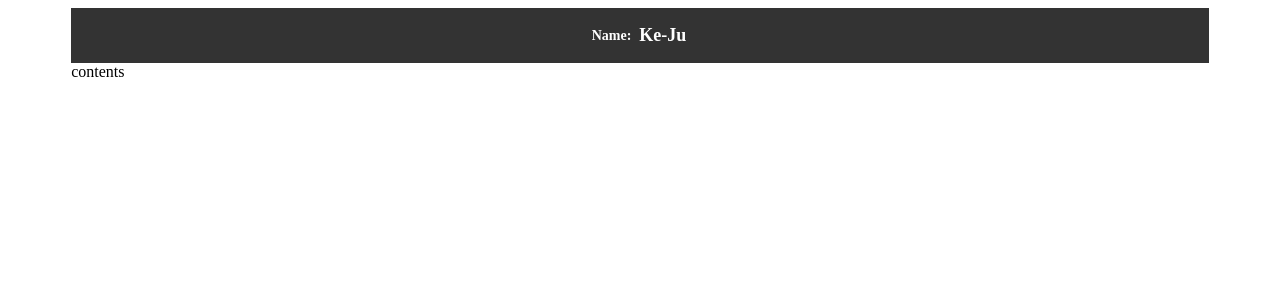
Repository: kerudai/mdiat3126nextapp
Page: /
An editor plug-in stored every save of this project. The page is shown before and after the next save, followed by the edit.
The browser window is 1280 px wide. The pictures show the whole page.
The project was rebuilt for these pictures with package versions that can differ from the ones it lists, and the page was loaded fresh each time. The framework's server and built-in components were replaced by stand-ins that run in the browser.

Above is the page before, as saved 2020-09-29 16:09:30.

After the next save:
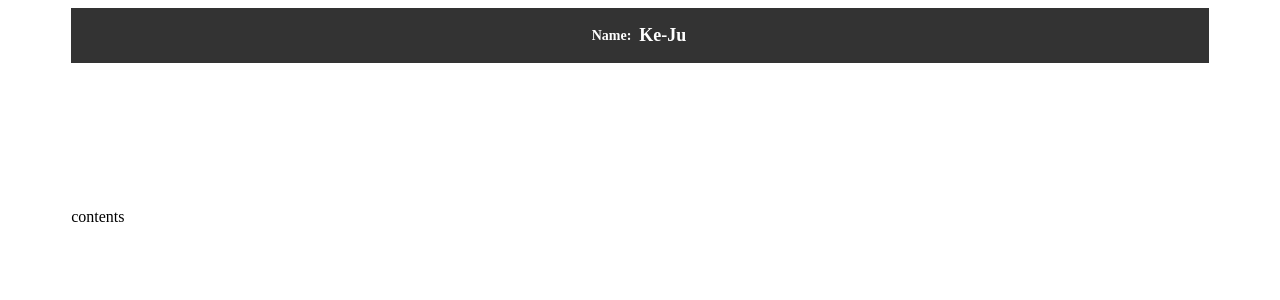
Saved 84 s later.
--- a/pages/index.scss
+++ b/pages/index.scss
@@ -1,4 +1,8 @@
 .main {
     width: 90%;
     margin: auto;
+
+    .header {
+        min-height: 200px;
+    }
 }
